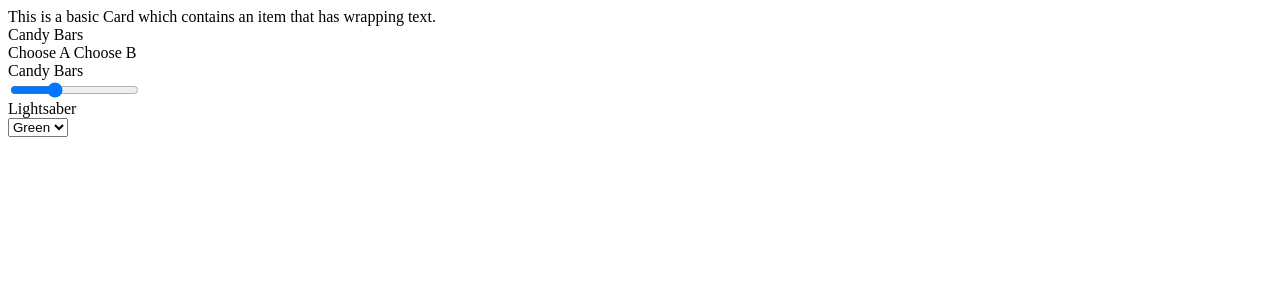
Repository: geof379/phoenix
Page: www/templates/setting.html
An editor plug-in stored every save of this project. The page is shown before and after the next save, followed by the edit.
The browser window is 1280 px wide. The pictures show the whole page.

Above is the page before, as saved 2017-04-17 15:54:53.

After the next save:
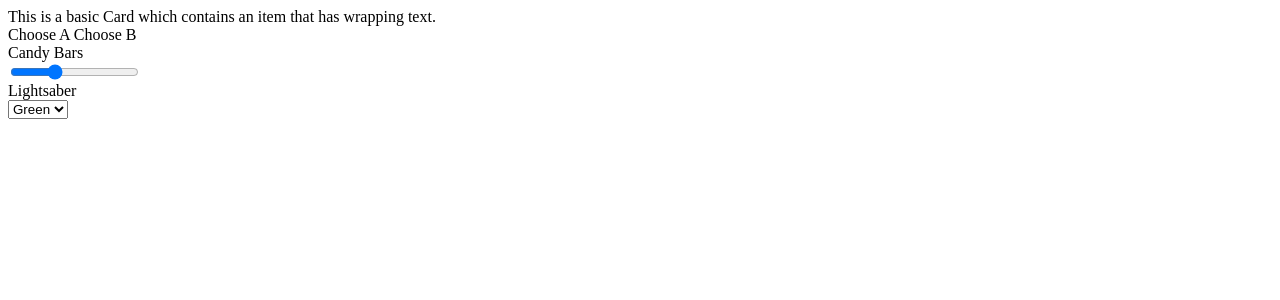
Saved 76 s later.
--- a/www/templates/setting.html
+++ b/www/templates/setting.html
@@ -9,7 +9,7 @@
 
         <div class="list">
 
-            <div class="item item-divider"> Candy Bars </div>
+            <div class="item item-divider">  </div>
             <ion-list>
                 <ion-radio ng-model="choice" ng-value="'A'">Choose A</ion-radio>
                 <ion-radio ng-model="choice" ng-value="'B'">Choose B</ion-radio>
